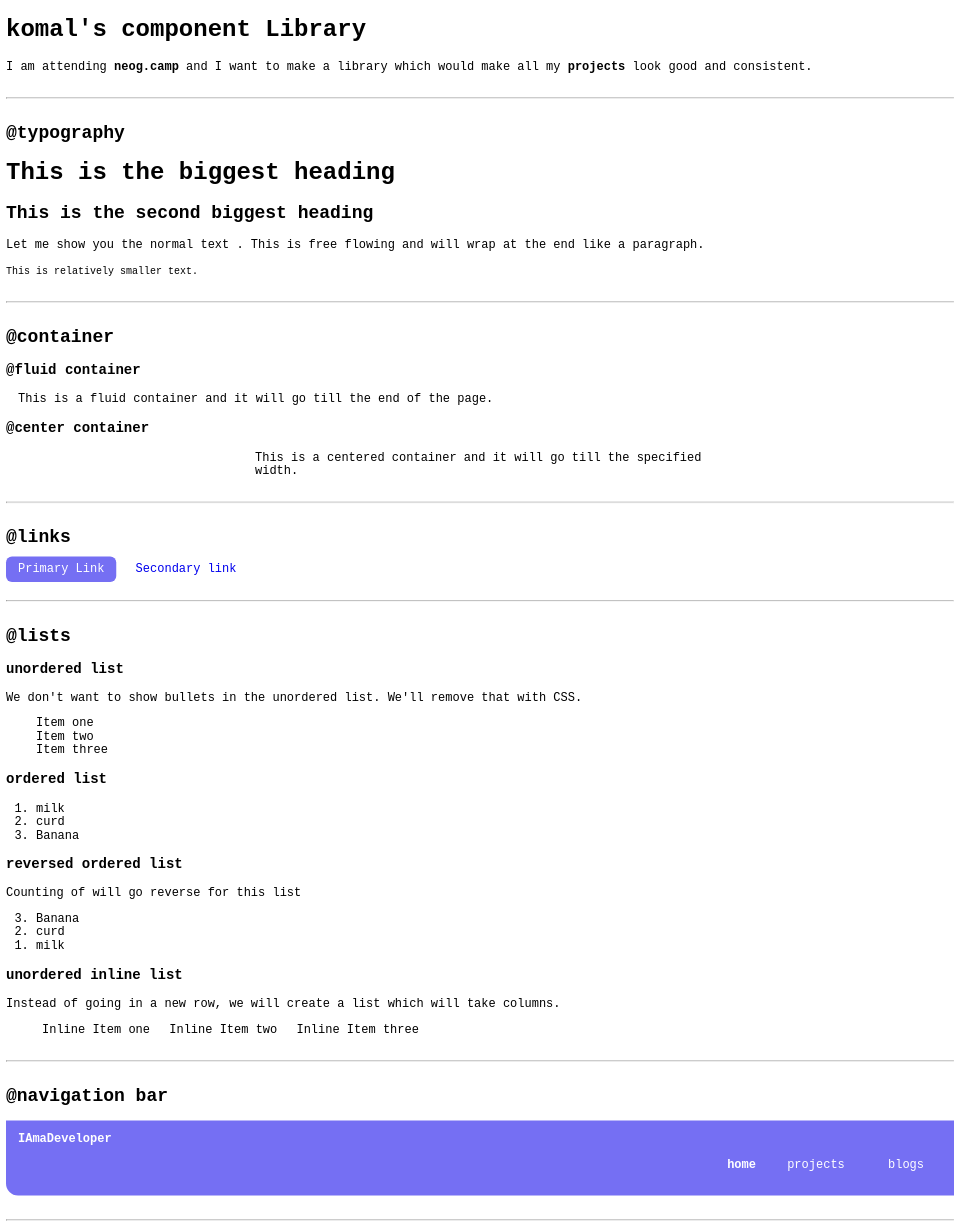
Repository: nihalani20/KomalNihalani-Portfolio
Page: index.html
An editor plug-in stored every save of this project. The page is shown before and after a run of saves, followed by the edit.
The browser window is 1280 px wide. The pictures show the part of the page from y = 0 to 1640 px (the page is 2919 px tall), at 75% of full size.
A picture or video elsewhere on the page could not be fetched, so the positions and the page height are approximate.

Above is the page before, as saved 2023-10-31 20:38:34.

### index.html
<!DOCTYPE html>
<html lang="en">
<head>
    <meta charset="UTF-8">
    <meta name="viewport" content="width=device-width, initial-scale=1.0">
    <title>component library</title>
    <link href = "style.css" rel = "stylesheet"/>


</head>
<body>
    <h1 >komal's component Library</h1>
    <p>I am attending <strong>neog.camp </strong>and I want to make a library  which would make all my <strong>projects</strong> look good and consistent.</p>

    <hr>

    <h2>@typography</h2>

    <h1>This is the biggest heading</h1>
    <h2>This is the second biggest heading</h2>
    <p>Let me show you the normal text . This is free flowing and will wrap at the end like a paragraph.</p>
    <small>This is relatively smaller text.</small>


    <hr>

<h2>@container</h2>
<h3>@fluid container</h3>
<!-- below we used div class instead of para element -->
<div class = "container">This is a fluid container and it will go till the end of the page.</div>

<h3>@center container</h3>
<div class = "container container-center">This is a centered container and it will go till the specified width.</div>

<hr>

<h2>@links</h2>
<!-- connect link to css -->
<a  class = "link link-primary"href="/">Primary Link</a>

<a  class = "link secondary-link"href ="/">Secondary link</a>


<hr>

<h2>@lists</h2>

<h3>unordered list</h3>
<p>We don't want to show bullets in the unordered list. We'll remove that with CSS.</p>
<ul class="list-non-bullet">
<li> Item one</li>
<li> Item two</li>
<li>Item three</li>
</ul>

<h3>ordered list</h3>
<ol>
    <li>milk</li>
    <li>curd</li>
    <li>Banana</li>
</ol>

<h3> reversed ordered list</h3>
<p>Counting of will go reverse for this list</p>
<ol reversed>
    <li>Banana</li>
    <li>curd</li>
    <li>milk</li>
</ol>

<h3> unordered inline list</h3>
<p>Instead of going in a new row, we will create a list which will take columns.</p>
<ul class="list-non-bullet">

<li class="list-item-inline">Inline Item one</li>
<li class="list-item-inline">Inline Item two</li>
<li class="list-item-inline">Inline Item three</li>

</ul>

<hr>

<h2>@navigation bar</h2>
<nav class="navigation container">

    <div class = "nav-brand">IAmaDeveloper</div>

    <ul class="list-non-bullet nav-pills">
<li class="list-item-inline"><a class ="link-active"href="/">home</a></li>

<li class="list-item-inline"><a class="link nav-active" href="/">projects</a></li>


<li class="list-item-inline"><a class="link nav-active"href="/">blogs</a></li>

</ul>
</nav>

<hr>
<!-- Header is also called Hero  -->
<header class = "hero">
    <img class="hero-img" src = "images/undraw_proud_coder_re_exuy.svg">
    <h1 class = "hero-heading"> Heading inside hero </h1>

</header>

<hr>
<h2>@section</h2>
<p>A section is used to separate parts of pages .In marketing websites you would have seen a header followed by sections of features , team , pricing ,contact info etc.</p>






<section class="section">
<div class=" container container-center"></div>
    <h1>White section</h1>
    <p>This will have white background.
        MDN has created a curriculum for aspiring front-end developers to build a rewarding and successful career. Take a look at the curriculum, who it's for, and the research it's based on.
    </p>
</section>

<section class="section offw">
    <div class=" container container-center"></div>
    <h1> off white section</h1>
    <p>This will have  grey background.
        MDN has created a curriculum for aspiring front-end developers to build a rewarding and successful career. Take a look at the curriculum, who it's for, and the research it's based on.
    </p>

</section>


<hr>


<h2>@footer</h2>
<footer class="footer">
<div class="footer header">some small heading inside footer</div>
    <ul class="social-links">
        <li class="list-item-inline"><a class="link-active" href="/">social one</a></li>
        <li class="list-item-inline"><a class="link-active" href="/">social two</a></li>
        <li class="list-item-inline"><a class="link-active" href="/">social three</a></li>
    </ul>
</footer>











<!-- </body><div style ="height : 30vh";></div> -->
<!-- From above line of code you see that there is padding from the bottom . -->


</body>
</html>

### style.css
/* root element means this is for the entire page */

:root
{
    /* --primary-color: #4f46e5; */
    --primary-color:#756ff3;
    --gray: #F3F4F6;
    --dark-gray: #6B7280;

}

@import url('https://fonts.googleapis.com/css2?family=Sometype+Mono:wght@400;700&display=swap');

/* typography */
body
{
    font-family: 'Sometype Mono', monospace;

}


/* containers */
.container
{
   padding-left: 1rem;
   padding-right: 1rem;
}
.container-center{
    max-width: 600px;
    margin: auto;
    /* below we can also do this */
       /* text-align: center; */
}


/* links */
.link
{
    text-decoration: none;
    padding: 0.5rem 1rem;
    /* above we say padding top and right */
}

.link.link-primary
{
    background-color:var(--primary-color);
    border-radius: 0.5rem;
    color:white;
    padding: 0.5rem 1rem 0.5rem 1rem;

}

.link-secondary
{
    color: var(--primary-color);
    border-radius: 0.5rem;
    border: 1px solid var(--primary-color);

}

hr{
    margin: 2rem 0rem;
}

/* lists */
.list-non-bullet
{
    list-style: none;
}
.list-item-inline
{
    display: inline;
     padding:0rem 0.5rem;

}

/* navigation */

.navigation
{
    background-color:var(--primary-color);
    color:white;
    padding: 1rem;
    border-bottom-left-radius:1rem;

}
.link-active
{
    color:white;
    font-weight: bold;
    text-decoration: none;
}


.nav-brand
{
     font-weight: bold;
}

.nav-pills
{
    text-align: right;
}





/* header */

.hero{
    padding:2rem;
}
.hero-img
{
    max-width: 350px;
    display:block;
    margin: auto;
}
.hero-heading
{
    color:var(--dark-gray);
    text-align: center;
}


.section{
    padding: 1.5rem;
}
.section h1{
    text-align: center;
    padding: 1rem;
}

.offw{
    background-color:var(--gray);
    border-radius:1rem;


}

.footer{
    background-color:var(--primary-color);
    border-top-right-radius:1rem;
    padding: 1rem;
    text-align: center;
}
.footer.header
{
   color:white;

}

.nav-active{
    color:white;
}

.footer ul{
    padding-inline-start: 0px;
}



/* here we use padding inline start 0px so that it is  */
/* exactly in center not a liitle bit right */
/* because a/c to user agent style sheet browser */
/* has its own style so initially its bit right and now it is exactly in center */

After the next 3 saves:
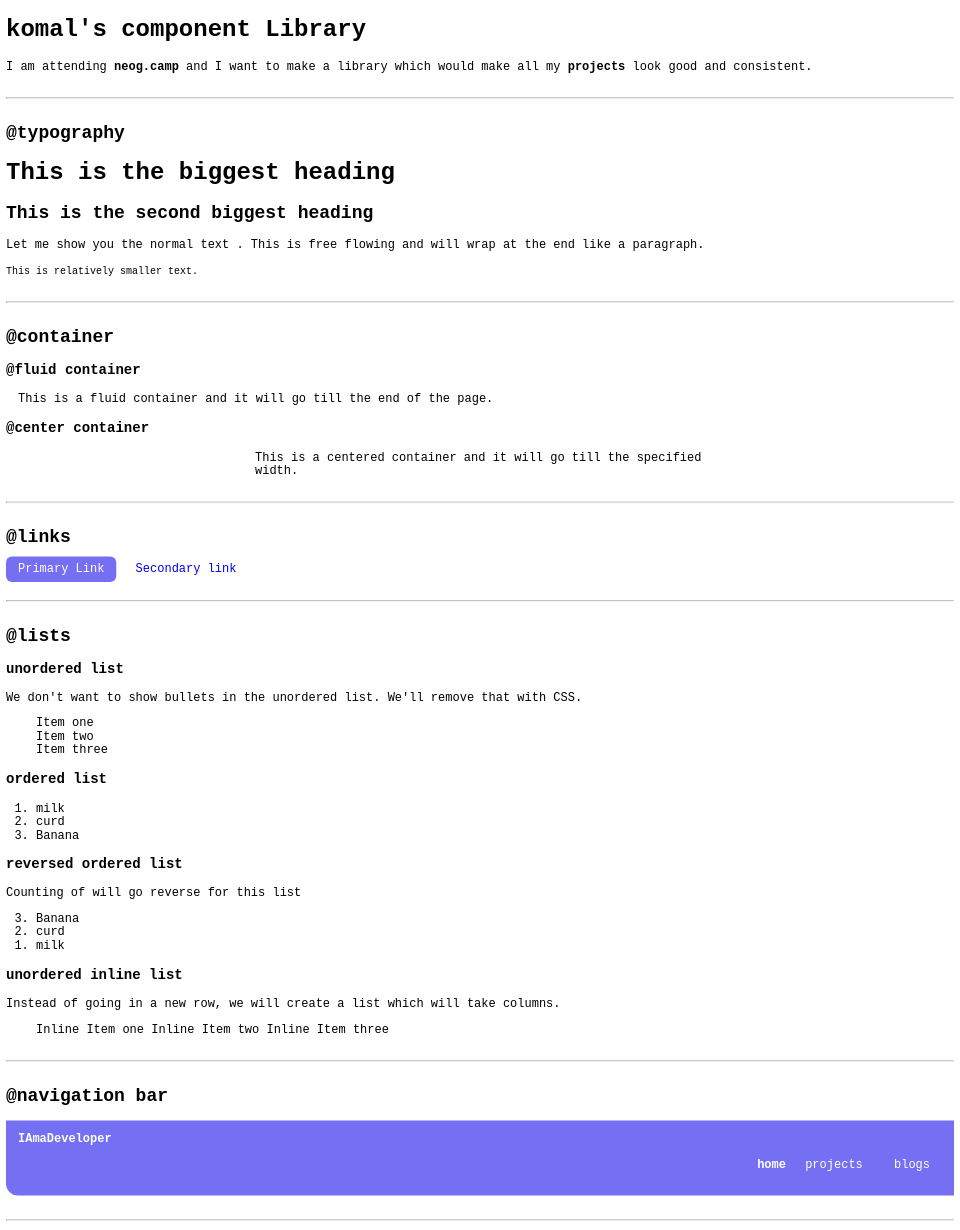
The 3 saves are shown as one change because they came seconds apart.
The last was saved 104 s later.
--- a/style.css
+++ b/style.css
@@ -70,7 +70,7 @@
 .list-item-inline
 {
     display: inline;
-     padding:0rem 0.5rem;
+     padding:0rem ;
 
 }
 

After the 6 saves that followed:
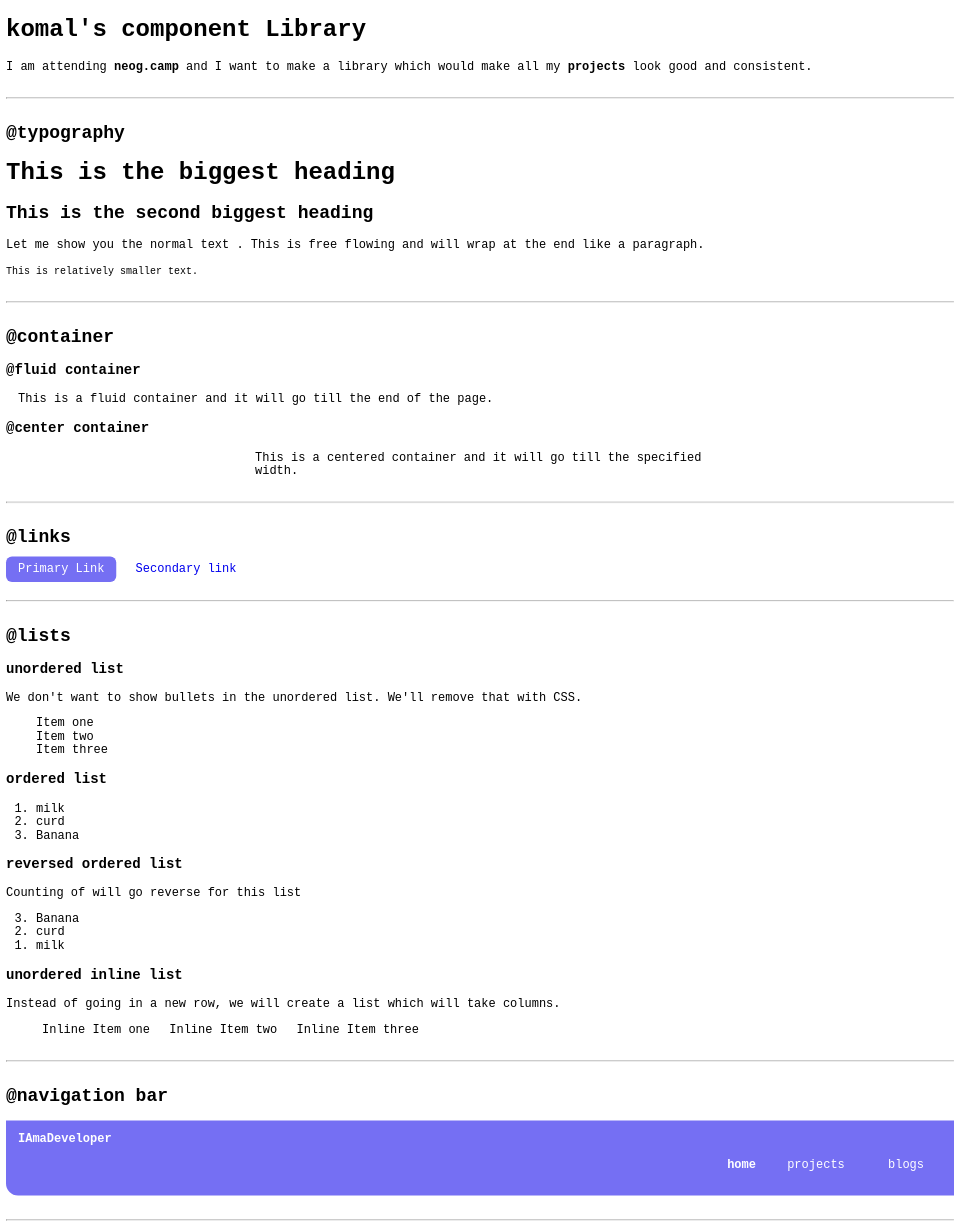
The 6 saves are shown as one change because 3 left the picture as it was and some came seconds apart.
The last was saved 47 s later.
--- a/style.css
+++ b/style.css
@@ -70,7 +70,7 @@
 .list-item-inline
 {
     display: inline;
-     padding:0rem ;
+     padding:0rem 0.5rem;
 
 }
 
